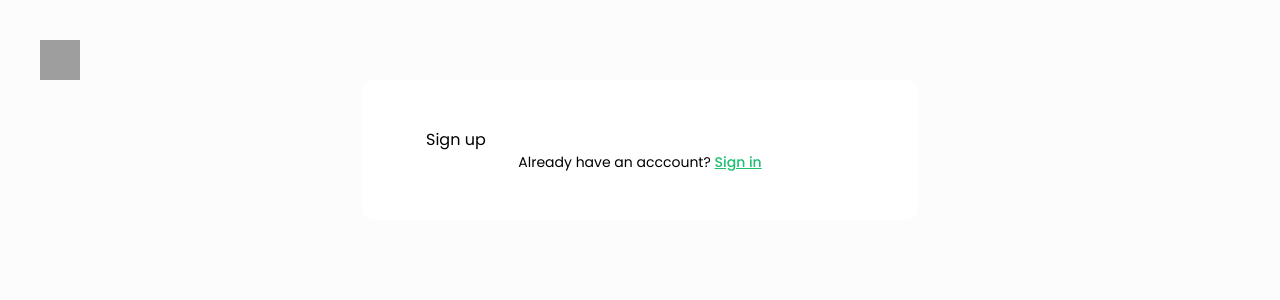
Repository: theweirdboiz/cudotiem-admin
Page: /auth/signup
An editor plug-in stored every save of this project. The page is shown before and after the next save, followed by the edit.
The browser window is 1280 px wide. The pictures show the whole page.
Pictures or frames that could not be fetched are drawn as grey boxes. The project was rebuilt for these pictures with package versions that can differ from the ones it lists, and the page was loaded fresh each time. Some packages were replaced by stand-ins written for this rebuild. Also part of the build but not shown: vite.config.js, src/components/checkbox/Checkbox.jsx, src/components/input/Input.jsx, src/components/common/ErrorComponent.jsx, src/layouts/components/header/Header.jsx, src/layouts/components/sidebar/Sidebar.jsx, src/layouts/components/index.jsx, src/layouts/DefaultLayout.jsx.

Above is the page before, as saved 2023-03-07 09:49:07.

### index.html
<!DOCTYPE html>
<html lang="en">
  <head>
    <meta charset="UTF-8" />
    <link rel="icon" type="image/svg+xml" href="/vite.svg" />
    <meta name="viewport" content="width=device-width, initial-scale=1.0" />
    <link rel="preconnect" href="https://fonts.googleapis.com" />
    <link rel="preconnect" href="https://fonts.gstatic.com" crossorigin />
    <link
      href="https://fonts.googleapis.com/css2?family=Poppins:wght@300;400;500;600;700&display=swap"
      rel="stylesheet"
    />
    <title>Vite + React</title>
  </head>
  <body>
    <div id="root"></div>
    <script type="module" src="/src/main.jsx"></script>
  </body>
</html>

### src/main.jsx
import React from "react";
import ReactDOM from "react-dom/client";
import App from "./App";
import "./index.scss";
import { QueryClient, QueryClientProvider } from "@tanstack/react-query";
import { ReactQueryDevtools } from "@tanstack/react-query-devtools";
import { Provider } from "react-redux";
import { store } from "./store/configStore";

const client = new QueryClient();

ReactDOM.createRoot(document.getElementById("root")).render(
  <React.StrictMode>
    <QueryClientProvider client={client}>
      <Provider store={store}>
        <App />
      </Provider>
      <ReactQueryDevtools initialIsOpen={false} />
    </QueryClientProvider>
  </React.StrictMode>
);

### src/App.jsx
import { Fragment, useState } from "react";
import { BrowserRouter as Router, Routes, Route } from "react-router-dom";
import { publicRoutes, privateRoutes } from "@routes";
import { DefaultLayout } from "@layouts";

function App() {
  return (
    <Router>
      <Routes>
        {/* {publicRoutes.map((route, index) => {
          const Page = route.component;
          const Layout = route.layout === null ? Fragment : DefaultLayout;
          return (
            <Route
              key={index}
              path={route.path}
              element={
                <Layout>
                  <Page />
                </Layout>
              }
            />
          );
        })}*/}
        {privateRoutes.map((route, index) => {
          const Page = route.component;
          let Layout = DefaultLayout;
          if (route.layout === null) {
            Layout = Fragment;
          } else {
            Layout = route.layout;
          }
          return (
            <Route
              key={index}
              path={route.path}
              element={
                <Layout>
                  <Page />
                </Layout>
              }
            />
          );
        })}
      </Routes>
    </Router>
  );
}

export default App;

### src/index.scss
@tailwind base;
@tailwind components;
@tailwind utilities;

@layer base {
  body {
    @apply font-primary  text-base;
  }
}

### src/store/configStore.jsx
import createSagaMiddleware from "@redux-saga/core";
import { configureStore } from "@reduxjs/toolkit";
import logger from "redux-logger";

const sagaMiddleware = createSagaMiddleware();

export const store = configureStore({
  reducer: {},
  middleware: (gDM) => gDM().concat(logger, sagaMiddleware),
});

### src/layouts/index.jsx
export { default as DefaultLayout } from "./DefaultLayout";
export { default as AuthLayout } from "./AuthLayout";

### src/routes/routes.jsx
import { RoutesConfig } from "@config/";

// import { SignUpPage } from "@pages";

import { AuthLayout } from "@layouts";
import { lazy } from "react";

const SignUpPage = lazy(() => import("@pages/auth/SingUpPage"));

const publicRoutes = [
  // {
  //   path: RoutesConfig.dashboard,
  //   component: Dashboard,
  //   text: "dashboard",
  // },
  // {
  //   path: RoutesConfig.order,
  //   component: OrderManagement,
  //   text: "order",
  // },
  // {
  //   path: RoutesConfig.post,
  //   component: PostManagement,
  //   text: "post",
  // },
  // {
  //   path: RoutesConfig.user,
  //   component: UserManagement,
  //   text: "user",
  // },
];
const privateRoutes = [
  // {
  //   path: RoutesConfig.login,
  //   component: Login,
  //   layout: AuthLayout,
  // },
  // {
  //   path: RoutesConfig.register,
  //   component: Register,
  //   layout: AuthLayout,
  // },
  {
    path: RoutesConfig.signup,
    component: SignUpPage,
    layout: AuthLayout,
  },
];

export { publicRoutes, privateRoutes };

### src/layouts/AuthLayout.jsx
import React from "react";
import PropTypes from "prop-types";
import { Link } from "react-router-dom";
import { withErrorBoundary } from "react-error-boundary";
import { ErrorComponent } from "@components";

import brand from "../assets/react.svg";

const AuthLayout = ({ children }) => {
  return (
    <div className="min-h-screen bg-lite p-10">
      <Link to="">
        <img src={brand} alt="" className="w-10 h-10" />
      </Link>
      <div className="w-full bg-white max-w-[556px] rounded-xl px-5 py-8 lg:px-16 lg:py-12 mx-auto">
        {children}
      </div>
    </div>
  );
};

AuthLayout.propTypes = {
  children: PropTypes.node,
};

export default withErrorBoundary(AuthLayout, {
  FallbackComponent: ErrorComponent,
});

### src/config/index.jsx
export { default as RoutesConfig } from "./routes-config/RoutesConfig";

### src/pages/auth/SingUpPage.jsx
import React from "react";
import PropTypes from "prop-types";
import { Link } from "react-router-dom";

const SideUpPage = (props) => {
  return (
    <>
      <h3>Sign up</h3>
      <p className="text-center lg:text-sm text-xs font-normal">
        Already have an acccount?{" "}
        <Link className="text-primary font-medium underline" to="/auth/sign-in">
          Sign in
        </Link>
      </p>
    </>
  );
};

SideUpPage.propTypes = {};

export default SideUpPage;

### src/components/index.jsx
export { default as Checkbox } from "./checkbox/Checkbox";
export { default as Input } from "./input/Input";
export { default as ErrorComponent } from "./common/ErrorComponent";

### src/config/routes-config/RoutesConfig.jsx
export const routes = {
  dashboard: "/",
  orders: "/order",
  posts: "/post",
  users: "/user",
  signup: "/auth/signup",
  forget: "/forget-password",
};
export default routes;

### tailwind.config.cjs
/** @type {import('tailwindcss').Config} */
module.exports = {
  content: ["./index.html", "./src/**/*.{js,ts,jsx,tsx}"],
  theme: {
    extend: {
      fontFamily: {
        primary: ["Poppins", "sans-serif"],
      },
    },
    colors: {
      primary: "#1DC071",
      secondary: "#6F49FD",
      "text-1": "#171725",
      "text-2": "#4B5264",
      "text-3": "#808191",
      "text-4": "#B2B3BD",
      "icon-color": "#A2A2A8",
      white: "#FFFFFF",
      "white-soft": "#FCFBFF",
      "gray-soft": "#FCFCFC",
      strock: "#F1F1F3",
      lite: "#FCFCFD",
      error: "#EB5757",
      darkbg: "#13131A",
      darkSecondary: "#1C1C24",
      softDark: "#22222C",
      darkStroke: "#3A3443",
      darkRed: "#422C32",
    },
  },
  plugins: [],
};

Loaded but not shown: src/routes/index.jsx (common file)

After the next save:
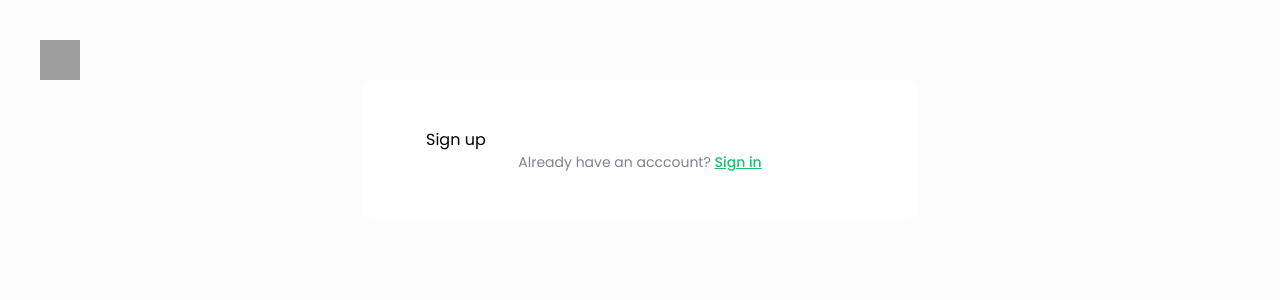
Saved 12 s later.
--- a/src/pages/auth/SingUpPage.jsx
+++ b/src/pages/auth/SingUpPage.jsx
@@ -6,7 +6,7 @@ const SideUpPage = (props) => {
   return (
     <>
       <h3>Sign up</h3>
-      <p className="text-center lg:text-sm text-xs font-normal">
+      <p className="text-center lg:text-sm text-xs font-normal text-text-3">
         Already have an acccount?{" "}
         <Link className="text-primary font-medium underline" to="/auth/sign-in">
           Sign in
